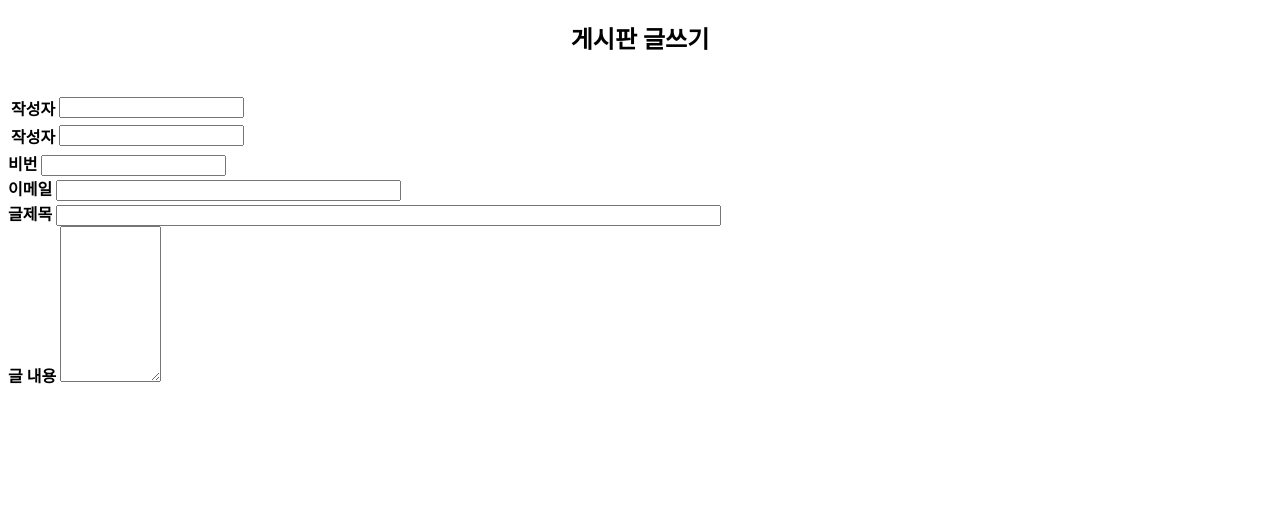
Repository: supremehappy/JSP_test02
Page: http://localhost/test/JSP_Test_06_1_boardWriteForm.jsp
An editor plug-in stored every save of this project. The page is shown before and after the next save, followed by the edit.
The browser window is 1280 px wide. The pictures show the whole page.
The page is served by Tomcat 9.

Above is the page before, as saved 2017-07-17 07:14:42.

After the next save:
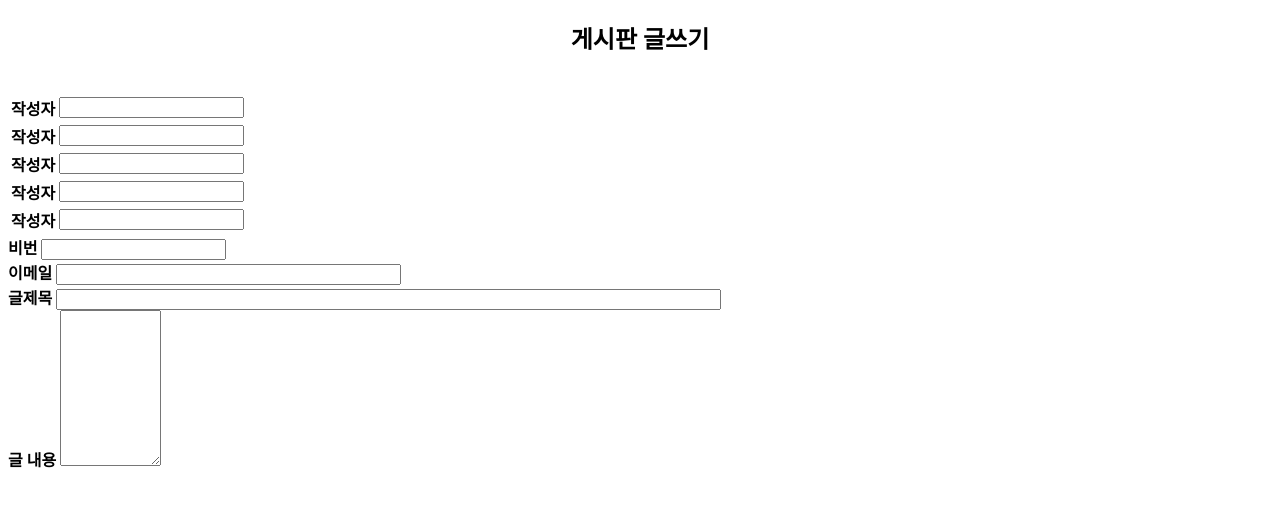
Saved 18 s later.
--- a/test/WebContent/JSP_Test_06_1_boardWriteForm.jsp
+++ b/test/WebContent/JSP_Test_06_1_boardWriteForm.jsp
@@ -18,11 +18,23 @@
 	<br>
 	<table>
 		<tr>
-			<td><label><b>작성자</b></label></td>
+			<td><label><b>작성자		</b></label></td>
 			<td><input type="text" name="name" size="20"></td>
 		</tr>
 		<tr>
-			<td><label><b>작성자</b></label></td>
+			<td><label><b>작성자		</b></label></td>
+			<td><input type="text" name="name" size="20"></td>
+		</tr>
+		<tr>
+			<td><label><b>작성자		</b></label></td>
+			<td><input type="text" name="name" size="20"></td>
+		</tr>
+		<tr>
+			<td><label><b>작성자		</b></label></td>
+			<td><input type="text" name="name" size="20"></td>
+		</tr>
+		<tr>
+			<td><label><b>작성자		</b></label></td>
 			<td><input type="text" name="name" size="20"></td>
 		</tr>
 	</table>
